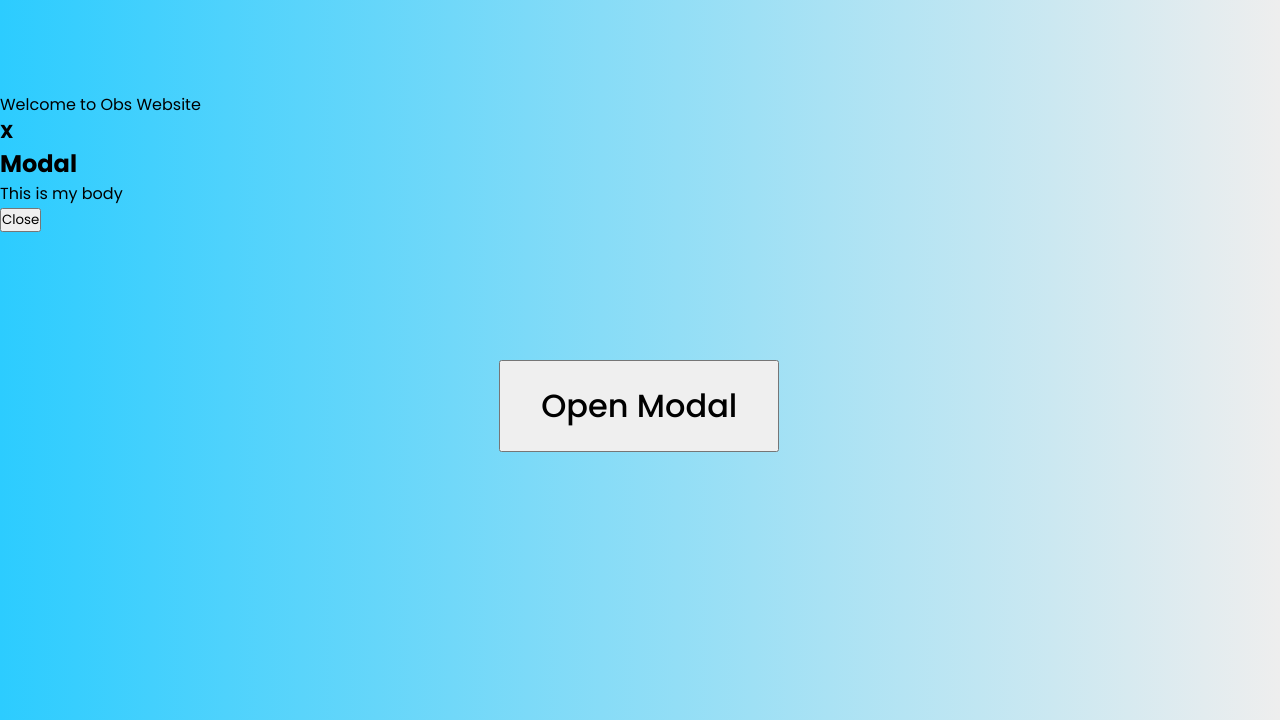
Repository: lausamtuong/Modal_card
Page: index.html
The author's editor kept a copy of each file at every save. The page is drawn from the files as they stood at one save, then again after the next save.
The browser window is 1280 px wide. The pictures show the whole page.
The style sheet was rebuilt from its Sass, Less or Tailwind sources for each picture, by a compiler version that may differ from the author's.

Above is the page before, as saved 2021-12-14 21:33:10.

After the next save:
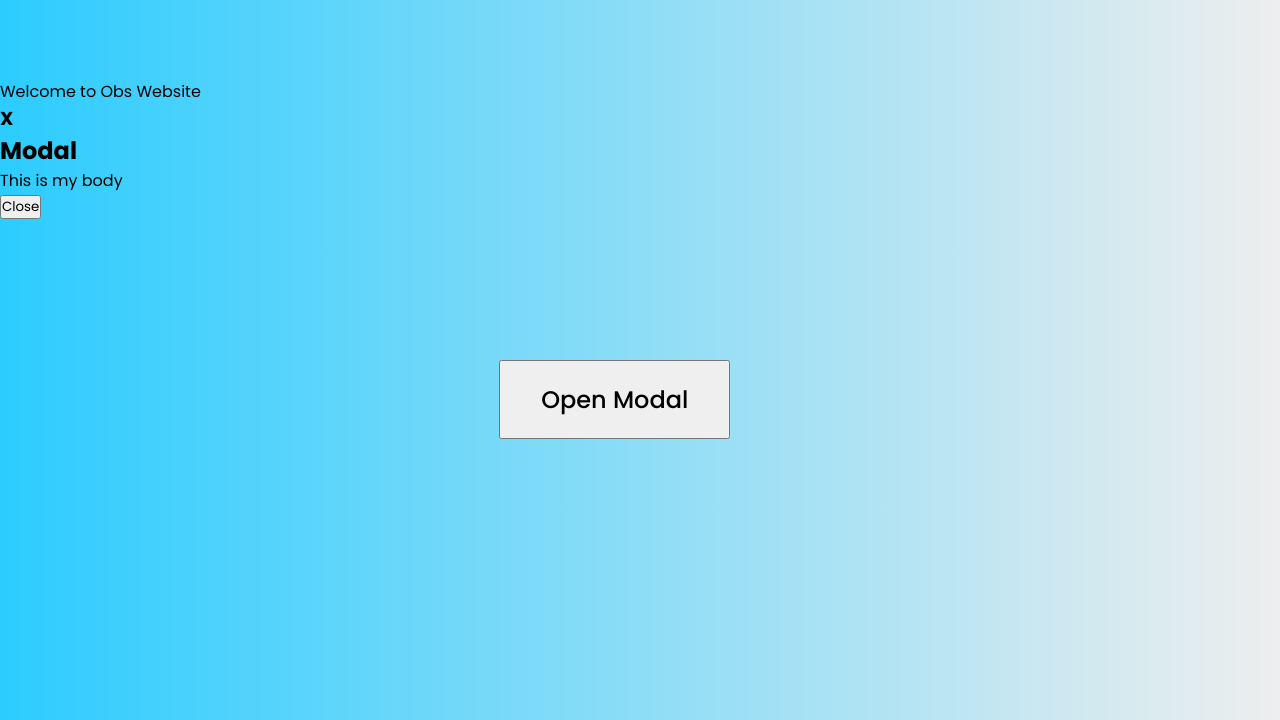
Saved 9 s later.
--- a/style.scss
+++ b/style.scss
@@ -15,6 +15,6 @@ body{
    outline: none;
    padding : 20px 40px;
    font-weight: 500;
-   font-size: 2rem;
+   font-size: 1.5rem;
 
 }
